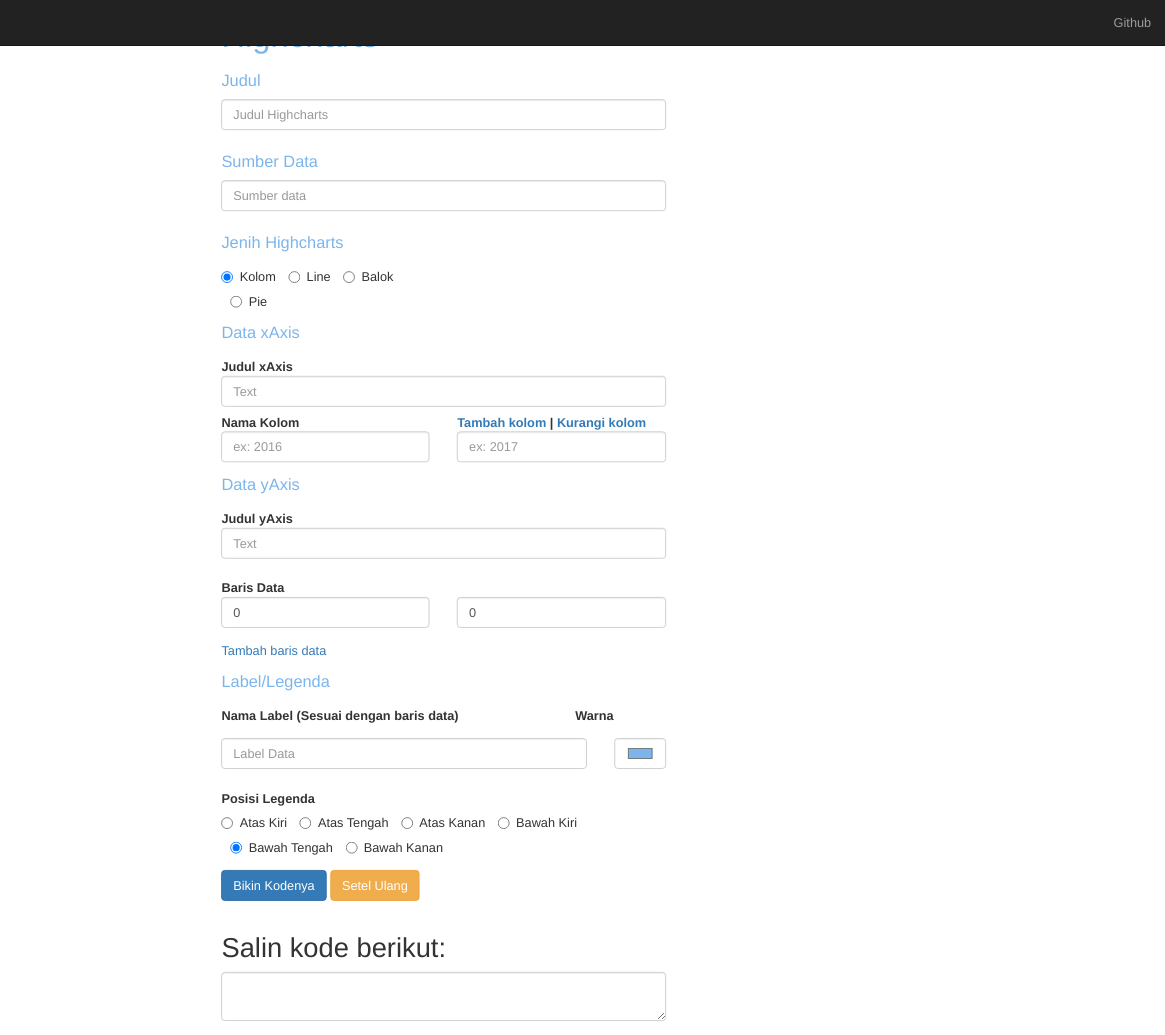
Repository: pt-kompas-media-nusantara/charts-generator
Page: index.html
The author's editor kept a record of every edit. The page is drawn from the files as they stood at one moment, then again after the next edit.
The browser window is 1280 px wide. The pictures show the whole page, at 91% of full size.
Some web libraries are served in a nearby version.

Above is the page before.

### index.html
<!DOCTYPE html>
<html>
    <head lang="en">
        <meta charset="utf-8">
        <meta name="viewport" content="width=device-width, initial-scale=1, maximum-scale=1, user-scalable=no">
        <meta http-equiv="X-UA-Compatible" content="IE=edge">
        <meta name="description" content="Penghasil bagan untuk editor Desk Multimedia Harian Kompas - Chart generator for multimedia editors of Kompas Daily, Indonesia">
        <meta name="author" content="Yosef Yudha Wijaya - https://github.com/gajayana">
        <title>Penghasil Bagan - Balok</title>
        <link rel="stylesheet" href="https://maxcdn.bootstrapcdn.com/bootstrap/3.3.5/css/bootstrap.min.css">
        <link rel="stylesheet" href="css/style.css">
        <script src="https://code.highcharts.com/highcharts.js"></script>
        <!--<script src="js/jscolor.js"></script>-->
    </head>
    <body>
        <nav class="navbar navbar-inverse navbar-fixed-top">
            <div class="container-fluid">
                <div id="navbar" class="navbar-collapse collapse">
                <ul class="nav navbar-nav navbar-right">
                    <li><a href="https://github.com/harian-kompas/chart-generator" target="_blank">Github</a></li>
                </ul>
                </div>
            </div>
        </nav>
        <div id="bar-chart" class="container-fluid">
            <div class="row">
                <div class="col-sm-10 col-sm-offset-3 col-md-10 col-md-offset-2 main">
                    <div class="col-md-12 col-sm-12">
                        <h1>Highcharts</h1>
                        <!--<h2 style="color: red; font-size: 14px;">Ada Bug di seksi custom legend, Sabar ya</h2>-->
                    </div>
                <div class="col-md-6 col-sm-6">
                    <form class="form-horizontal" id="proses-form">
                        <div class="form-group">
                            <div class="col-md-12 col-sm-12">
                                <h4>Judul</h4>
                                <input id="chart-title" name="chart-title" placeholder="Judul Highcharts" maxlength="100" class="form-control">
                            </div>
                        </div>
                        <div class="form-group">
                            <div class="col-md-12 col-sm-12">
                                <h4>Sumber Data</h4>
                                <input id="chart-data-source" name="chart-data-source" placeholder="Sumber data" maxlength="100" class="form-control">
                            </div>
                        </div>
                        <div class="form-group">
                            <div class="col-md-6 col-sm-6 col-xs-6">
                                <h4>Jenih Highcharts</h4>
                                <div>
                                    <label class="radio-inline">
                                        <input type="radio" name="jenis" value="column" checked="checked">Kolom
                                    </label>
                                    <label class="radio-inline">
                                        <input type="radio" name="jenis" value="line">Line
                                    </label>
                                    <label class="radio-inline">
                                        <input type="radio" name="jenis" value="bar">Balok
                                    </label>
                                    <label class="radio-inline">
                                        <input type="radio" name="jenis" value="pie">Pie
                                    </label>
                                </div>
                            </div>
                        </div>
                        <h4>Data xAxis</h4>
                        <div id="table-column" class="form-group">
                            <div class="col-md-12 col-sm-12">
                                <label class="control-label">Judul xAxis</label>
                                <input type="text" maxlength="25" class="form-control" id="judul_kolom" placeholder="Text" maxlength="100">
                            </div>
                            <div class="col-md-6 col-sm-6 col-xs-6">
                                <label class="control-label">Nama Kolom</label>
                            </div>
                            <div class="col-md-6 col-sm-6 col-xs-6 txt-right">
                                <label class="control-label"> <a id="btn-add-table-column" href="#">Tambah kolom</a>&nbsp;|&nbsp;<a id="btn-remove-table-column" href="#">Kurangi kolom</a></label>
                            </div>
                            <div class="col-flexible col-md-6 col-sm-6 col-xs-6">
                                <input type="text" maxlength="25" class="form-control table-column-names" placeholder="ex: 2016">
                            </div>
                            <div class="col-flexible col-md-6 col-sm-6 col-xs-6">
                                <input type="text" maxlength="25" class="form-control table-column-names" placeholder="ex: 2017">
                            </div>
                        </div>
                        <h4>Data yAxis</h4>
                        <div class="form-group">
                            <div class="col-md-12 col-sm-12">
                                <label class="control-label">Judul yAxis</label>
                                <input type="text" maxlength="25" class="form-control" id="judul_baris" placeholder="Text" maxlength="100">
                            </div>
                        </div>
                        <label class="control-label">Baris Data</label>
                        <div class="table-rows form-group series-content" id="table-row-length">
                            <div class="col-flexible col-md-6 col-sm-6 col-xs-6">
                                <input type="text" placeholder="Data/Angka" maxlength="25" class="form-control table-rows-input" value="0">
                            </div>
                            <div class="col-flexible col-md-6 col-sm-6 col-xs-6">
                                <input type="text" placeholder="Data/Angka" maxlength="25" class="form-control table-rows-input" value="0">
                            </div>
                        </div>
                        <div id="new-table-row"></div>
                        <div class="form-group">
                            <div class="col-md-12 col-sm-12 col-xs-12 txt-right"><a id="btn-add-table-row" href="#">Tambah baris data</a></div>
                        </div>
                        <h4>Label/Legenda</h4>
                        <div class="form-group">
                            <div class="col-md-9 col-sm-9 col-xs-9">
                                <label class="control-label">Nama Label (Sesuai dengan baris data)</label>
                            </div>
                            <div class="col-md-3 col-sm-3 col-xs-3">
                                <label class="control-label">Warna</label>
                            </div>

                        </div>

                        <div class="form-group legend-content" id="legend-row">
                            <div class="col-flexible col-md-10 col-sm-10 col-xs-10">
                                <input type="text" placeholder="Label Data" maxlength="25" class="form-control legend-name">
                            </div>
                            <div class="col-flexible col-md-2 col-sm-2 col-xs-2">
                                <input class="form-control jscolor" placeholder="Warna" type="color" value="#7cb5ec">
                            </div>
                        </div>
                        <div id="new-new"></div>
                        <div class="form-group">
                            <div class="col-md-12col-sm-12 col-xs-12">
                                <label class="control-label">Posisi Legenda</label>
                                <div>
                                    <label class="radio-inline">
                                        <input type="radio" name="posisilegend" value="ataskiri">Atas Kiri
                                    </label>
                                    <label class="radio-inline">
                                        <input type="radio" name="posisilegend" value="atastengah">Atas Tengah
                                    </label>
                                    <label class="radio-inline">
                                        <input type="radio" name="posisilegend" value="ataskanan">Atas Kanan
                                    </label>
                                    <label class="radio-inline">
                                        <input type="radio" name="posisilegend" value="bawahkiri">Bawah Kiri
                                    </label>
                                    <label class="radio-inline">
                                        <input type="radio" name="posisilegend" value="bawahtengah" checked="checked">Bawah Tengah
                                    </label>
                                    <label class="radio-inline">
                                        <input type="radio" name="posisilegend" value="bawahkanan">Bawah Kanan
                                    </label>
                                </div>
                            </div>
                        </div>
                        <div class="form-group">
                            <div class="col-md-12 col-sm-12 col-xs-12 txt-right">
                                <button id="btn-submit" type="submit" class="btn btn-primary">Bikin Kodenya</button>
                                <button type="reset" class="btn btn-warning">Setel Ulang</button>
                            </div>
                        </div>
                        <div class="form-group">
                            <div class="col-md-12 col-sm-12 col-xs-12">
                                <h2>Salin kode berikut:</h2>
                            </div>
                            <div class="col-md-12 col-sm-12 col-xs-12">
                                <textarea id="chart-code" class="form-control"></textarea>
                            </div>
                        </div>
                    </form>
                </div>
                <div class="col-md-6 col-sm-6 sticky">
                    <div id="result"></div>
                    <p style="display: block; width:100%; font-size: 11px; color: #949494; padding:5px 0; margin:0;"></p>
                </div>
                </div>
            </div>
        </div>
        <script src="https://cdnjs.cloudflare.com/ajax/libs/jquery/3.2.1/jquery.js" type="text/javascript"></script>
        <script src="https://www.google.com/jsapi" type="text/javascript"></script>
        <script src="js/build-chart.js" type="text/javascript"></script>
    </body>
</html>

### css/style.css
h1, h4{
    color: #7cb5ec;
}
.container-custom{
    width: 1440px;
    margin: 0 auto;
}
.btn-absolute{
    position: absolute;
    z-index: 3;
}

h4 span{
    font-size: 16px;
    color: #000;
    font-weight: 300;
}
.nav-link img{
    width: 24px;
}
.nav-link{
    cursor: pointer;
}
.nav-link.active{
    background-color: #f8f9fa;
}
.check-status{
    display: none;
}
.check-status.active{
    display: block;
}

Loaded but not shown: js/build-chart.js (446 lines, source omitted)

After the next edit:
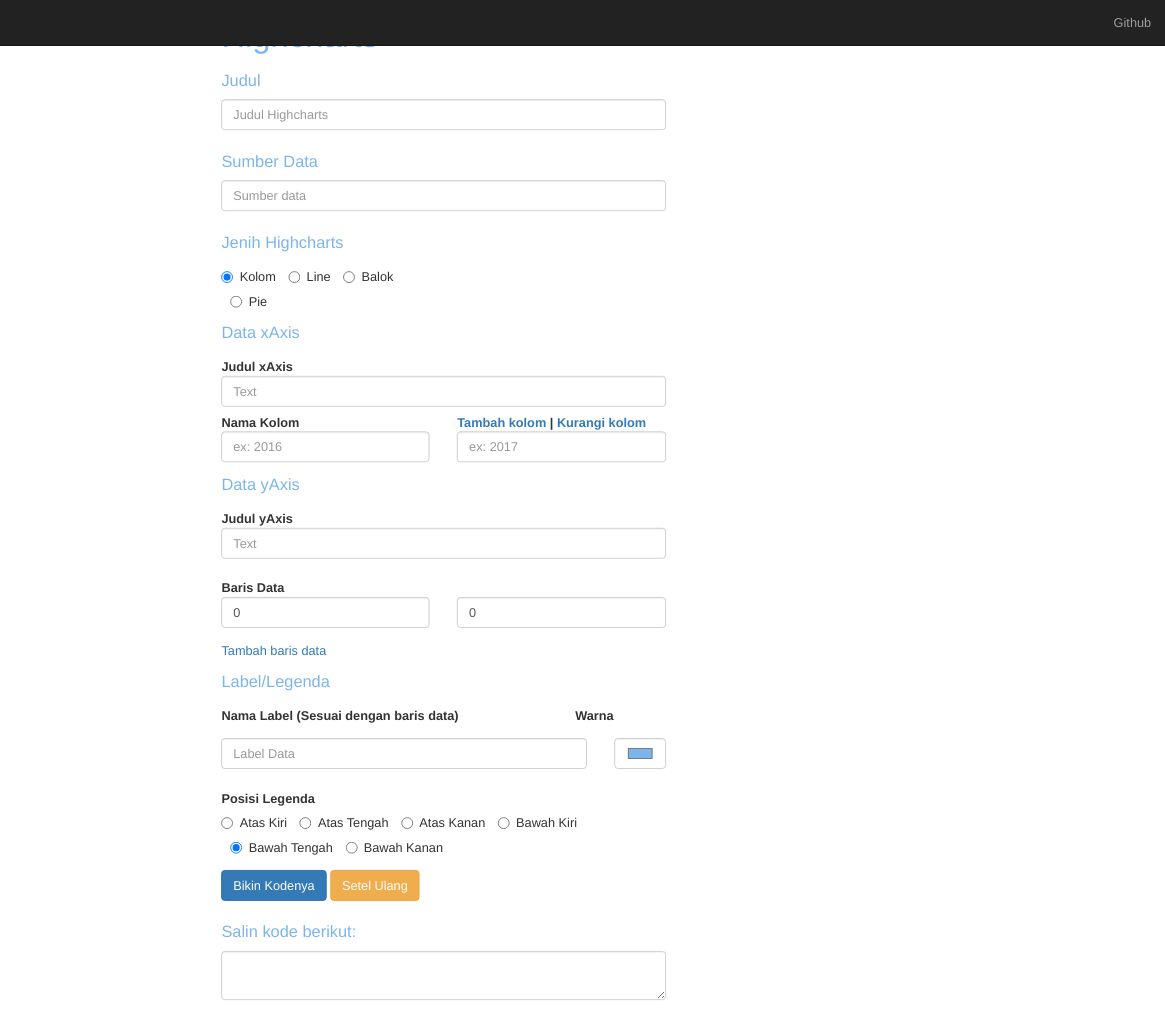
The edit:
--- a/index.html
+++ b/index.html
@@ -154,7 +154,7 @@
                         </div>
                         <div class="form-group">
                             <div class="col-md-12 col-sm-12 col-xs-12">
-                                <h2>Salin kode berikut:</h2>
+                                <h4>Salin kode berikut:</h4>
                             </div>
                             <div class="col-md-12 col-sm-12 col-xs-12">
                                 <textarea id="chart-code" class="form-control"></textarea>
